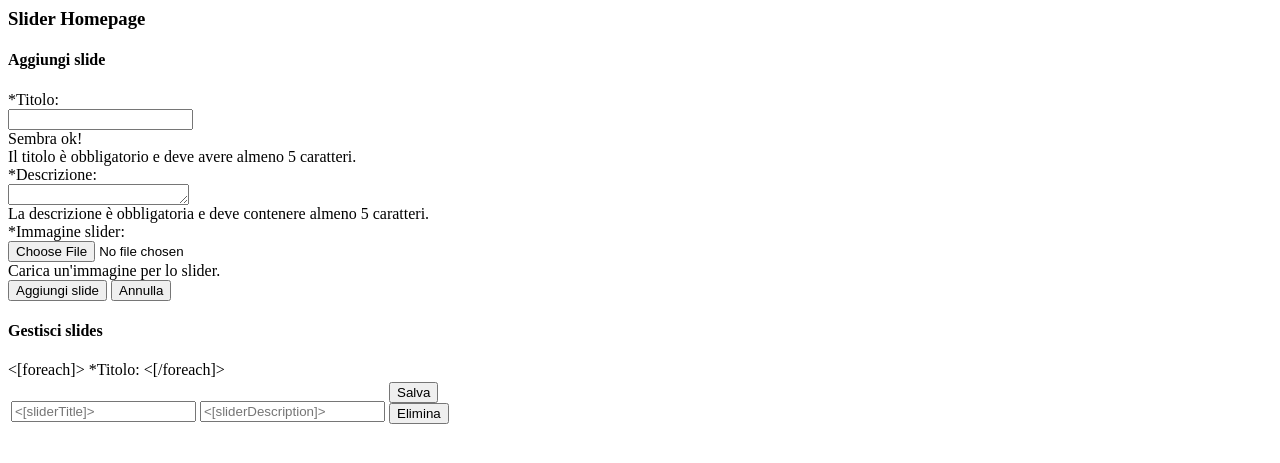
Repository: i4c0ni99/MotorShop
Page: skins/multikart_all_in_one/back-end/home-customizer.html
An editor plug-in stored every save of this project. The page is shown before and after a run of saves, followed by the edit.
The browser window is 1280 px wide. The pictures show the whole page.

Above is the page before, as saved 2024-10-31 19:18:34.

### skins/multikart_all_in_one/back-end/home-customizer.html
<div class="page-body">
    <!-- Container-fluid starts-->
    <div class="container-fluid">
        <div class="page-header">
            <div class="row">
                <div class="col-lg-6">
                    <div class="page-header-left">
                        <h3>Slider Homepage</h3>
                    </div>
                </div>
            </div>
        </div>
    </div>
    <!-- Container-fluid Ends-->

    <!-- Container-fluid starts-->
    <div class="container-fluid">
        <div class="row">
            <div class="col-sm-12">
                <div class="card">
                    <div class="card-body">
                        <div class="row product-adding">
                            <div class="col-xl-7">
                                <form class="needs-validation add-slider-form" novalidate method="post" enctype="multipart/form-data" action="/MotorShop/home-customizer.php">
                                    <div class="form">
                                        <h4>Aggiungi slide</h4>
                                        <div class="form-group mb-3 row">
                                            <label for="title" class="col-xl-3 col-sm-4 mb-0"><span>*</span>Titolo:</label>
                                            <div class="col-xl-8 col-sm-7">
                                                <input class="form-control" id="title" type="text" name="title" pattern=".{5,}" minlength="2" title="Il titolo deve avere almeno 5 caratteri" required="true">
                                                <div class="valid-feedback">Sembra ok!</div>
                                                <div class="invalid-feedback">Il titolo è obbligatorio e deve avere almeno 5 caratteri.</div>
                                            </div>
                                        </div>
                                    </div>
                                    <div class="form">
                                        <div class="form-group mb-3 row">
                                            <label for="description" class="col-xl-3 col-sm-4"><span>*</span>Descrizione:</label>
                                            <div class="col-xl-8 col-sm-7 description-sm">
                                                <textarea id="description" name="description" class="form-control" style="resize: vertical;" rows="1" minlength="5" maxlength="255" required="true"></textarea>
                                                <div class="invalid-feedback">La descrizione è obbligatoria e deve contenere almeno 5 caratteri.</div>
                                            </div>
                                        </div>

                                        <div class="form-group mb-3 row">
                                            <label for="productImage" class="col-xl-3 col-sm-4 mb-0"><span>*</span>Immagine slider:</label>
                                            <div class="col-xl-8 col-sm-7">
                                                <input class="form-control-file" id="image" value="<[image]>" type="file" name="image" accept="image/*" required="true" >
                                                <div class="invalid-feedback offset-sm-4 offset-xl-3">Carica un'immagine per lo slider.</div>
                                            </div>
                                        </div>

                                        <div class="offset-xl-3 offset-sm-4 mt-4">
                                            <button type="submit" name="submit" class="btn btn-primary">Aggiungi slide</button>
                                            <button type="reset" class="btn btn-light">Annulla</button>
                                        </div>

                                    </div>
                                </form>
                                <div>
                                </div>
                            </div>
                        </div>
                    </div>
                </div>
            </div>
        </div>
    </div>
    <!-- Container-fluid Ends-->

<!-- Container-fluid starts-->
<div class="container-fluid">
    <div class="row">
        <div class="col-sm-12">
            <div class="card">
                <div class="card-header">
                    <b><h4>Gestisci slides</h4></b>
                </div>
                <div class="card-body">
                    <div class="table-responsive table-desi">
                        <table class="display table table-striped" id="basic-1">








                                <!-- Ciclo per le slide -->
                                <[foreach]>
                                <tr data-row-id="<[sliderId]>">
                                    <form method="post" action="/MotorShop/home-customizer.php">
                                        <label for="SliderTitle" class="col-xl-3 col-sm-4 mb-0"><span>*</span>Titolo:</label>
                                        <td><input type="text" name="title" placeholder="<[sliderTitle]>" pattern=".{5,}" minlength="2" required="true"></td>
                                        <td><input type="text" name="description" placeholder="<[sliderDescription]>" minlength="5" style="resize: vertical;" rows="2" required="true"></td>
                                    <td><input type="hidden" name="sliderId" value="<[sliderId]>">
                                    <button type="submit" name="edit" class="btn btn-primary btn-block">Salva</button>
                                    </form>
                                        <form method="post" action="/MotorShop/home-customizer.php">
                                            <input type="hidden" name="sliderId" value="<[sliderId]>">
                                            <button type="submit" name="delete" class="btn btn-danger">Elimina</button>
                                        </form>
                                    </td>
                                </tr>
                                <[/foreach]>

                        </table>
                    </div>
                </div>
            </div>
        </div>
    </div>
</div>
<!-- Container-fluid Ends-->

</div>

After the next 7 saves:
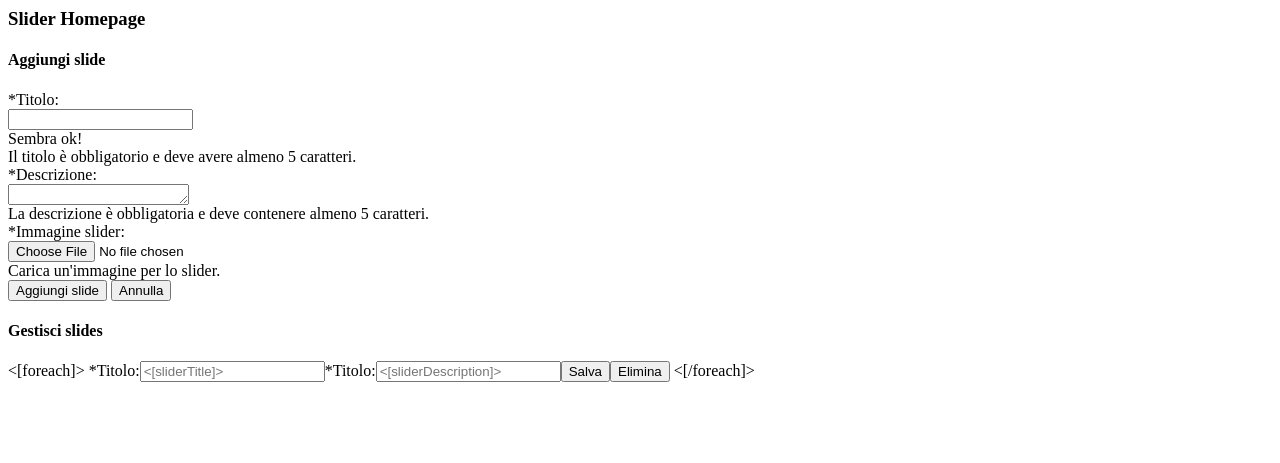
The 7 saves are shown as one change because they came seconds apart.
The last was saved 21 s later.
--- a/skins/multikart_all_in_one/back-end/home-customizer.html
+++ b/skins/multikart_all_in_one/back-end/home-customizer.html
@@ -92,16 +92,16 @@
                                 <tr data-row-id="<[sliderId]>">
                                     <form method="post" action="/MotorShop/home-customizer.php">
                                         <label for="SliderTitle" class="col-xl-3 col-sm-4 mb-0"><span>*</span>Titolo:</label>
-                                        <td><input type="text" name="title" placeholder="<[sliderTitle]>" pattern=".{5,}" minlength="2" required="true"></td>
-                                        <td><input type="text" name="description" placeholder="<[sliderDescription]>" minlength="5" style="resize: vertical;" rows="2" required="true"></td>
-                                    <td><input type="hidden" name="sliderId" value="<[sliderId]>">
+                                        <input type="text" name="title" placeholder="<[sliderTitle]>" pattern=".{5,}" minlength="2" required="true">
+                                        <label for="SliderTitle" class="col-xl-3 col-sm-4 mb-0"><span>*</span>Titolo:</label>
+                                        <input type="text" name="description" placeholder="<[sliderDescription]>" minlength="5" style="resize: vertical;" rows="2" required="true">
+                                    <input type="hidden" name="sliderId" value="<[sliderId]>">
                                     <button type="submit" name="edit" class="btn btn-primary btn-block">Salva</button>
                                     </form>
                                         <form method="post" action="/MotorShop/home-customizer.php">
                                             <input type="hidden" name="sliderId" value="<[sliderId]>">
                                             <button type="submit" name="delete" class="btn btn-danger">Elimina</button>
                                         </form>
-                                    </td>
                                 </tr>
                                 <[/foreach]>
 
